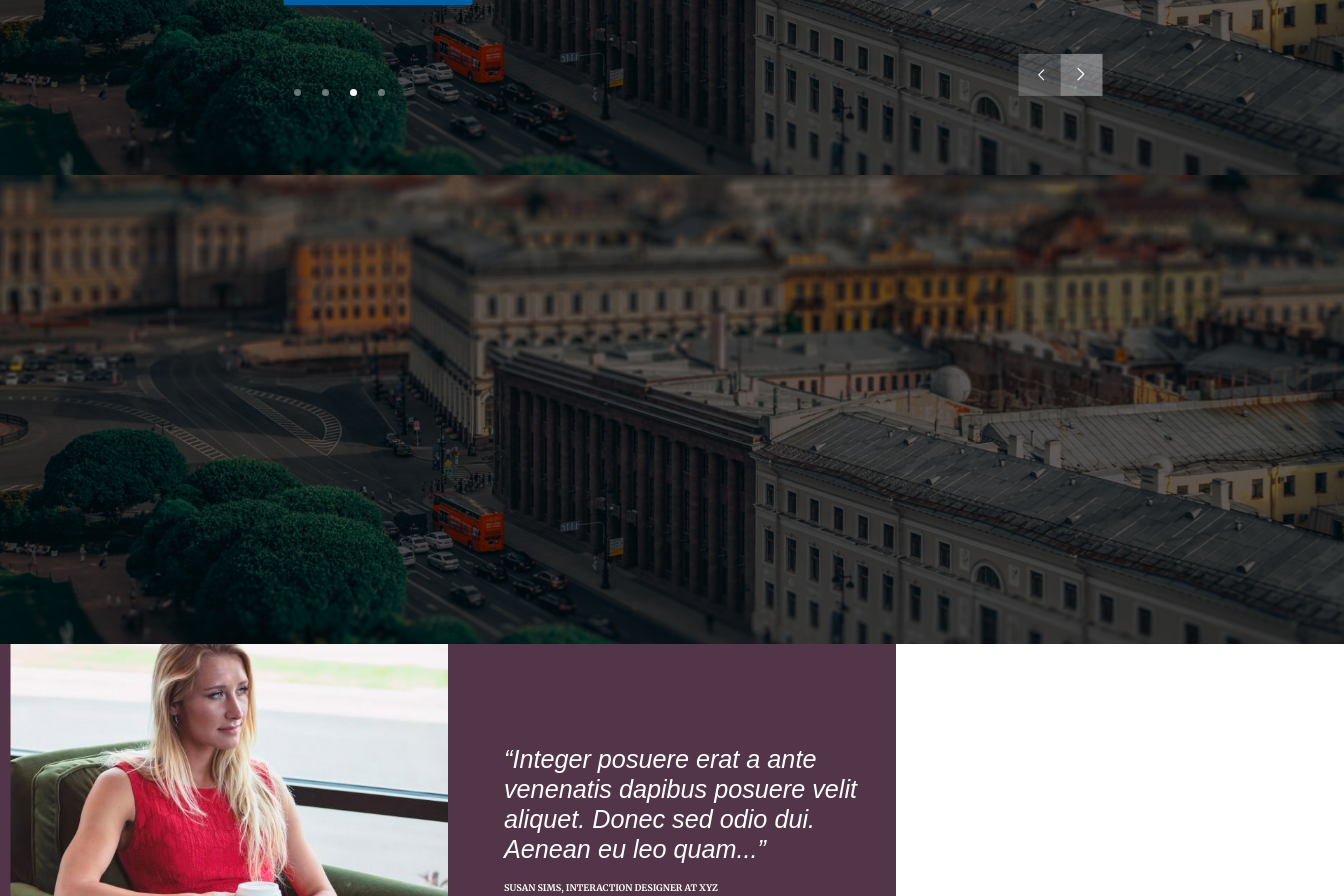
Repository: ZetsubouBilly/test
Page: index.html
The author's editor kept a copy of each file at every save. The page is drawn from the files as they stood at one save, then again after the next save.
The browser window is 1280 px wide. The page is 1920 px wide, so the pictures cover 1920 px, including what lies to the right of the window. The pictures show the part of the page from y = 530 to 1810 px (the page is 2267 px tall before and 1597 px after), at 70% of full size.

Above is the page before, as saved 2023-05-13 15:34:07.

After the next save:
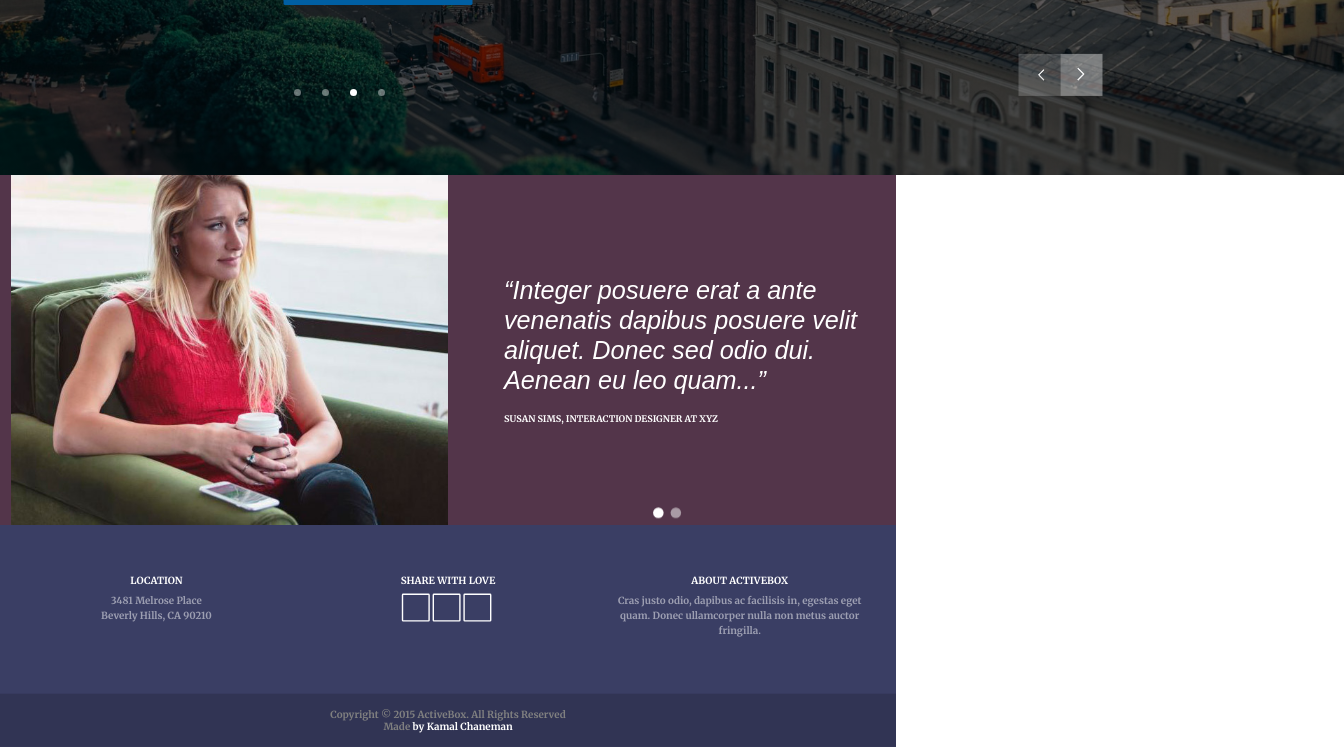
Saved 14 s later.
--- a/index.html
+++ b/index.html
@@ -111,7 +111,7 @@
     </div>
 </div>
 
-<div class="intro" id="intro">
+<div class="contact" id="intro">
     <div class="container">
         <h1 class="contact__title">Связь с нами</h1>
     </div>

After the 2 saves that followed:
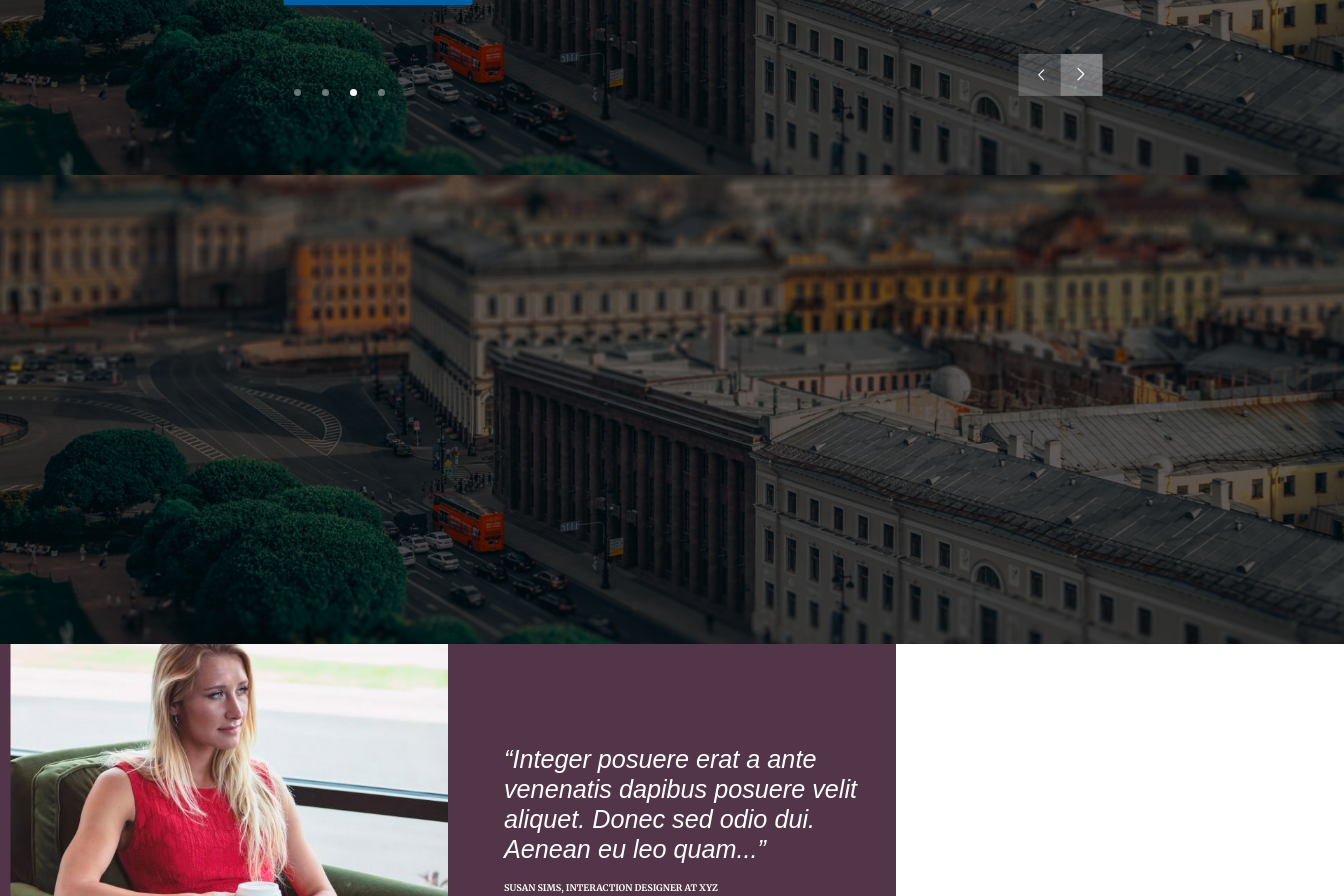
The 2 saves are shown as one change because 1 left the picture as it was.
The last was saved 18 s later.
--- a/css/style.css
+++ b/css/style.css
@@ -323,6 +323,17 @@ p {
 
 /* Slider Controls
 ==================== */
+.contact {
+    /* position: absolute; */
+    width: 1920px;
+    height: 670px;
+    /* left: 0px;
+      top: 110px; */
+
+    /* background-size: cover; */
+    background: linear-gradient(0deg, rgba(0, 0, 0, 0.6), rgba(0, 0, 0, 0.6)),
+      url("../img/Rectangle.png") no-repeat;
+  }
 .contact__title {
     position: absolute;
     width: 589px;
